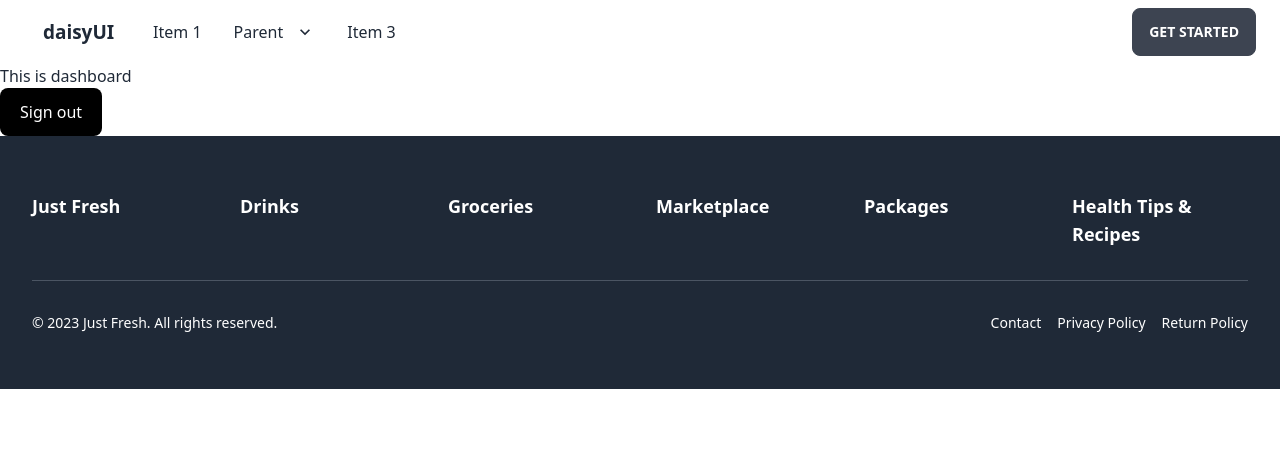
Repository: buzzedison/justfreshnew
Page: /dashboard
The author's editor kept a copy of each file at every save. The page is drawn from the files as they stood at one save, then again after the next save.
The browser window is 1280 px wide. The pictures show the whole page.
The project was rebuilt for these pictures with package versions that can differ from the ones it lists, and the page was loaded fresh each time. The framework's server and built-in components were replaced by stand-ins that run in the browser. Also part of the build but not shown: svelte.config.js, vite.config.js.

Above is the page before, as saved 2023-04-05 10:24:58.

### src/routes/+layout.svelte
<script>
  import "../app.css";

  import Navbar from "../components/Navbar.svelte";
  import Footer from "../components/Footer.svelte";
</script>

<div>
  <Navbar />
  <slot />
  <Footer />
</div>

### src/routes/dashboard/+page.svelte
<script>
  import { authHandlers } from "$stores/store.js";

  async function handleSignOut() {
    try {
      await authHandlers.logout();
      // Redirect or perform any other action after signing out
    } catch (error) {
      console.error("Error signing out:", error);
    }
  }
</script>

<div>
  <h1>This is dashboard</h1>

  <button
    class="bg-black py-3 px-5 text-white rounded-lg"
    on:click={handleSignOut}>Sign out</button
  >
</div>

### src/components/Navbar.svelte
<!-- src/components/Navbar.svelte -->
<!-- <nav class="bg-white shadow-sm">
  <div class="container mx-auto px-4">
    <div class="flex items-center justify-between py-4">
      <div class="text-2xl font-bold text-orange-600">Just Fresh</div>
      <ul class="flex items-center space-x-4 text-gray-700">
        <li>
          <a href="/" class="hover:text-orange-600"> About </a>
        </li>
        <li>
          <a href="/juices" class="hover:text-orange-600"> Drinks </a>
        </li>
        <li>
          <a href="/groceries" class="hover:text-orange-600"> Groceries </a>
        </li>
        <li>
          <a href="/marketplace" class="hover:text-orange-600"> Marketplace </a>
        </li>
        <li>
          <a href="/packages" class="hover:text-orange-600"> Packages </a>
        </li>
        <li>
          <a href="/contact" class="hover:text-orange-600">
            Health Tips & Recipes
          </a>
        </li>
      </ul>
    </div>
  </div>
</nav> -->

<script>
  import { onMount } from "svelte";

  onMount(() => {
    // Your JavaScript code for the component goes here, if needed
  });
</script>

<div class="container mx-auto px-4">
  <div class="navbar bg-base-100">
    <div class="navbar-start">
      <!-- Mobile menu -->
      <div class="dropdown lg:hidden">
        <button class="btn btn-ghost">
          <svg
            xmlns="http://www.w3.org/2000/svg"
            class="h-5 w-5"
            fill="none"
            viewBox="0 0 24 24"
            stroke="currentColor"
            ><path
              stroke-linecap="round"
              stroke-linejoin="round"
              stroke-width="2"
              d="M4 6h16M4 12h8m-8 6h16"
            /></svg
          >
        </button>
        <ul
          class="menu menu-compact dropdown-content mt-3 p-2 shadow bg-base-100 rounded-box w-52"
        >
          <li><a href="/">Item 1</a></li>
          <li>
            <button class="justify-between w-full text-left">
              Parent
              <svg
                class="fill-current"
                xmlns="http://www.w3.org/2000/svg"
                width="24"
                height="24"
                viewBox="0 0 24 24"
                ><path
                  d="M8.59,16.58L13.17,12L8.59,7.41L10,6L16,12L10,18L8.59,16.58Z"
                /></svg
              >
            </button>
            <ul class="p-2">
              <li><a href="/">Submenu 1</a></li>
              <li><a href="/">Submenu 2</a></li>
            </ul>
          </li>
          <li><a href="/">Item 3</a></li>
        </ul>
      </div>

      <!-- Desktop menu -->
      <div>
        <div class="hidden lg:flex">
          <a href="/" class="btn btn-ghost normal-case text-xl">daisyUI</a>
          <ul class="menu menu-horizontal px-1">
            <li><a href="/">Item 1</a></li>
            <li>
              <button class="justify-between">
                Parent
                <svg
                  class="fill-current"
                  xmlns="http://www.w3.org/2000/svg"
                  width="20"
                  height="20"
                  viewBox="0 0 24 24"
                  ><path
                    d="M7.41,8.58L12,13.17L16.59,8.58L18,10L12,16L6,10L7.41,8.58Z"
                  /></svg
                >
              </button>
              <ul class="p-2">
                <li><a href="/">Submenu 1</a></li>
                <li><a href="/">Submenu 2</a></li>
              </ul>
            </li>
            <li><a href="/">Item 3</a></li>
          </ul>
        </div>
      </div>
    </div>
    <div class="navbar-end">
      <a href="/" class="btn">Get started</a>
    </div>
  </div>
</div>

<style>
  /* Add any component-specific styles here */
</style>

### src/components/Footer.svelte
<script>
  // You can add any necessary script here
</script>

<footer class="bg-gray-800 text-white px-8 py-14">
  <div class="container mx-auto">
    <div class="grid grid-cols-1 md:grid-cols-6 gap-8 mb-8">
      <div class="font-semibold text-lg">Just Fresh</div>
      <div class="font-semibold text-lg">Drinks</div>
      <div class="font-semibold text-lg">Groceries</div>
      <div class="font-semibold text-lg">Marketplace</div>
      <div class="font-semibold text-lg">Packages</div>
      <div class="font-semibold text-lg">Health Tips & Recipes</div>
    </div>
    <hr class="border-gray-600" />
    <div class="flex flex-wrap justify-between mt-8 text-sm">
      <div>
        &copy; {new Date().getFullYear()} Just Fresh. All rights reserved.
      </div>
      <div class="flex flex-wrap gap-4 mt-4 md:mt-0">
        <a href="/contact" class="hover:text-gray-300">Contact</a>
        <a href="/privacy-policy" class="hover:text-gray-300">Privacy Policy</a>
        <a href="/return-policy" class="hover:text-gray-300">Return Policy</a>
      </div>
    </div>
  </div>
</footer>

<style>
  /* Add any necessary custom styles here */
</style>

### tailwind.config.cjs
/** @type {import('tailwindcss').Config} */
module.exports = {
  content: ['./src/**/*.{html,js,svelte,ts}'],
  daisyui: {
    themes: ["light", "dark", "cupcake", "bumblebee", "emerald", "corporate", "synthwave", "retro", "cyberpunk", "valentine", "halloween", "garden", "forest", "aqua", "lofi", "pastel", "fantasy", "wireframe", "black", "luxury", "dracula", "cmyk", "autumn", "business", "acid", "lemonade", "night", "coffee", "winter"],
    extend: {},

  },
  plugins: [require("daisyui")],
}

Loaded but not shown: src/app.html (common file); src/app.css (common file)

After the next save:
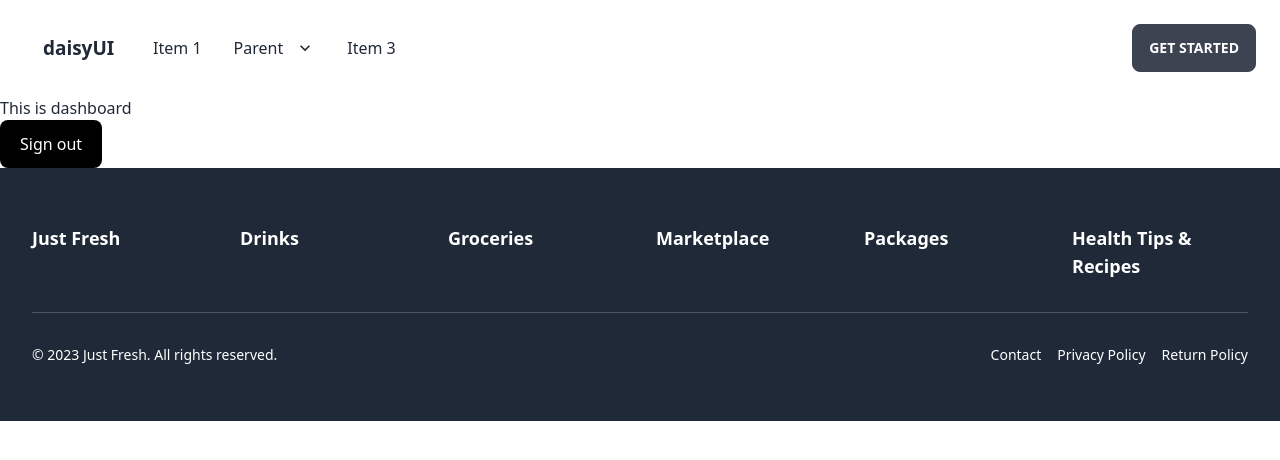
Saved 42 s later.
--- a/src/components/Navbar.svelte
+++ b/src/components/Navbar.svelte
@@ -85,7 +85,7 @@
       </div>
 
       <!-- Desktop menu -->
-      <div>
+      <div class="flex items-center justify-between py-4">
         <div class="hidden lg:flex">
           <a href="/" class="btn btn-ghost normal-case text-xl">daisyUI</a>
           <ul class="menu menu-horizontal px-1">
